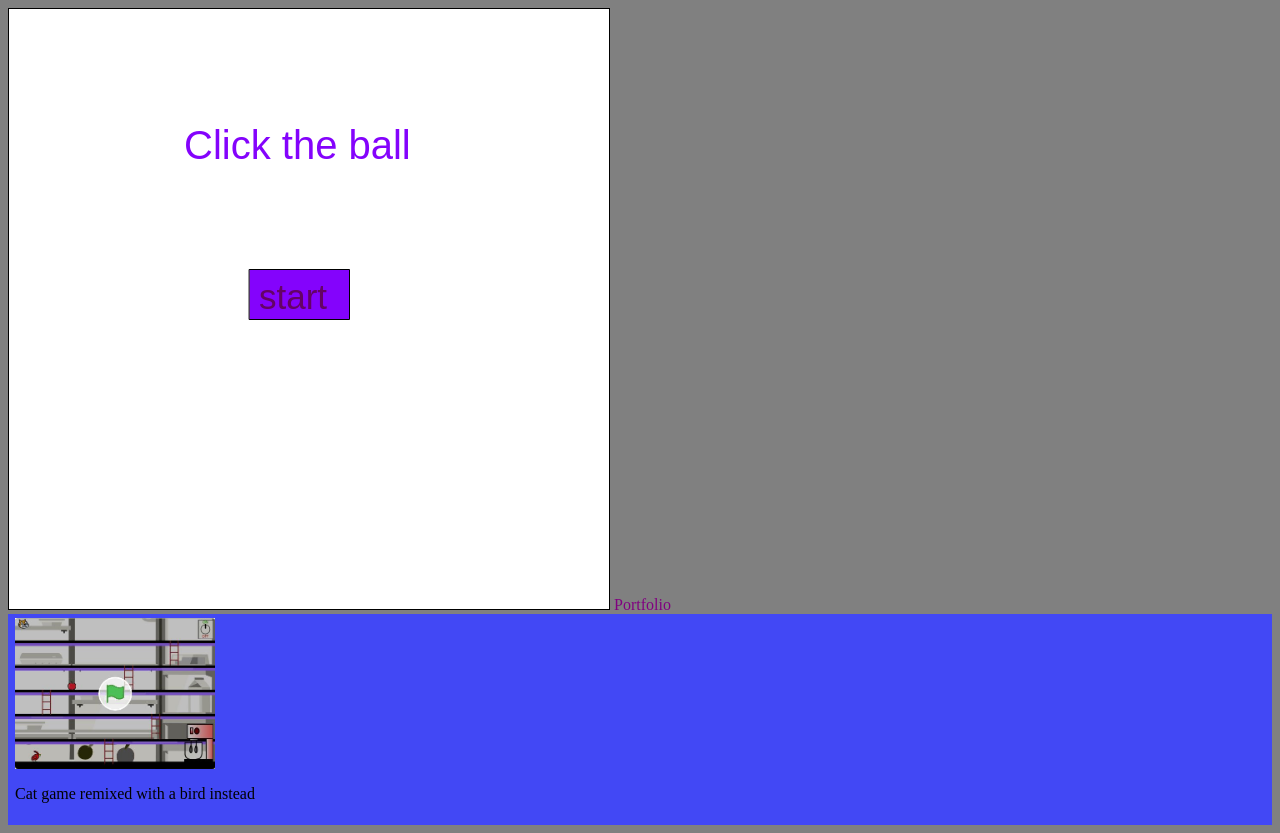
Repository: AnthonyMej/AnthonyMej
Page: BallGame.html
The author's editor kept a record of every edit. The page is drawn from the files as they stood at one moment, then again after the next edit.
The browser window is 1280 px wide. The pictures show the whole page.

Above is the page before.

After the next edit:
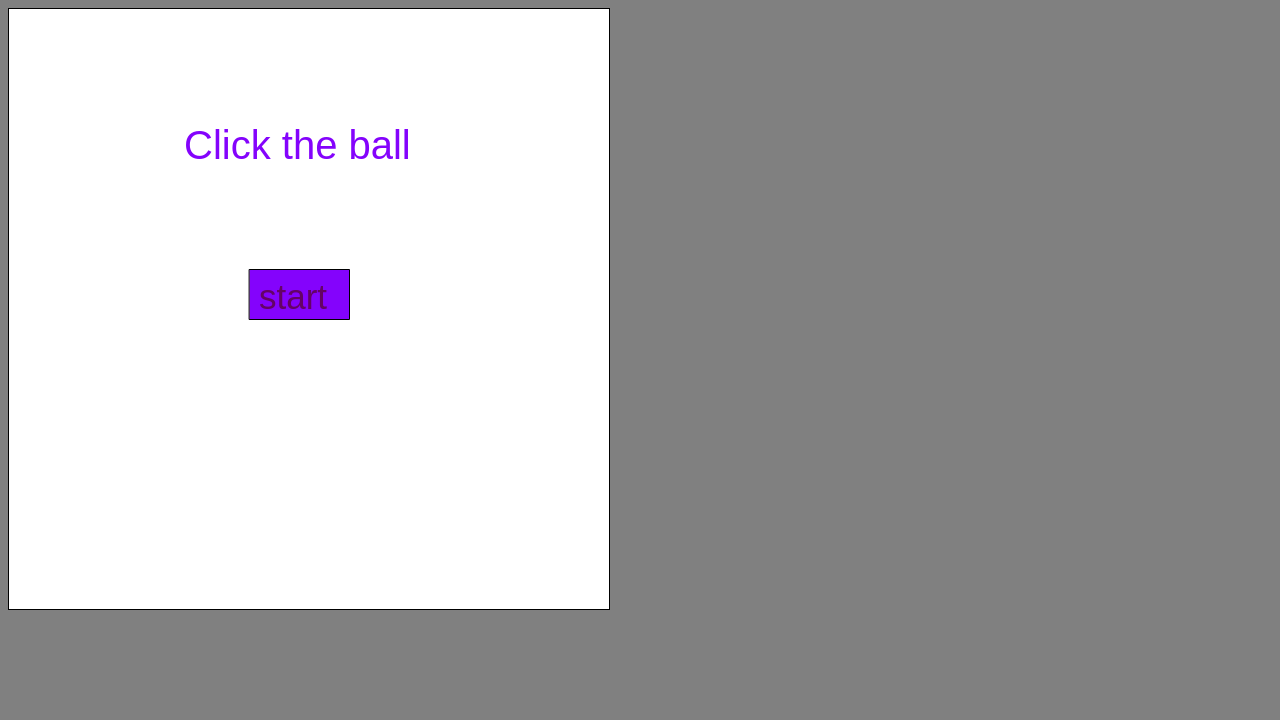
The edit:
--- a/BallGame.html
+++ b/BallGame.html
@@ -115,19 +115,5 @@
         }
 </script>
 <canvas id="sketch" style="border: 1px solid black;"></canvas>
- <div class="dropdown">
-  <span>Portfolio</span>
-      <div class="dropdown-content">
-          <a href="index.html">Home Page</a>
-          <br>
-          <a href="about.html">About Me</a>
-      </div>
-  </div>
-  <br>
-  <div  style="padding:2px 6px 4px 5px; color: #4248f5; background-color: #4248f5; border: #4248f5 2px solid" align=left>
-    <a href=https://scratch.mit.edu/projects/328271992/>
-    <img src="./img/game.jpg" class="responsive" width = 200>
-    <p style= color:#000000>Cat game remixed with a bird instead</p>
-  </a>
     </body>
 </html>
